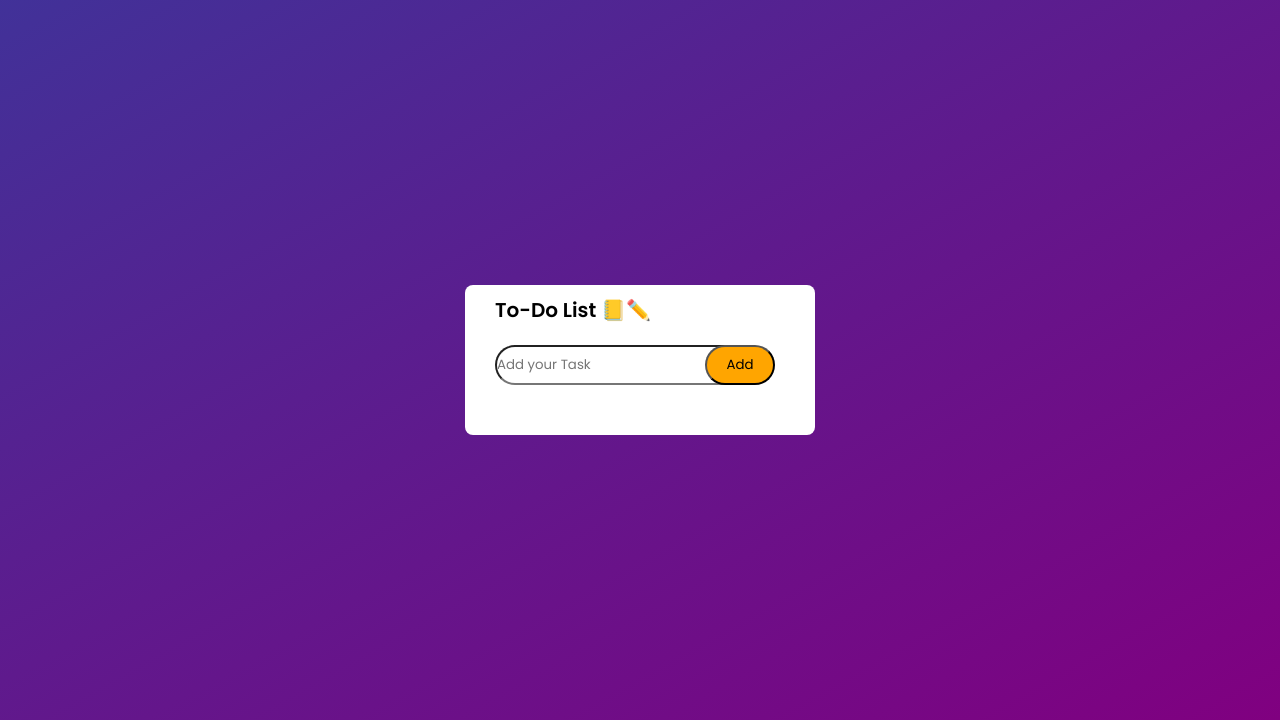
Repository: Ankitkr2021/To-Do-List
Page: index.html
The author's editor kept a copy of each file at every save. The page is drawn from the files as they stood at one save, then again after the next save.
The browser window is 1280 px wide. The pictures show the whole page.

Above is the page before, as saved 2025-10-03 10:10:28.

### index.html
<!DOCTYPE html>
<html lang="en">
<head>
    <meta charset="UTF-8">
    <meta name="viewport" content="width=device-width, initial-scale=1.0">
    <title>To-Do-List</title>
    <link rel="stylesheet" href="./style.css">
</head>
<body>
    <div class="box">
        <h1>To-Do List 📒✏️</h1>
        <div class="task">
        <input id="add" type="text" placeholder="Add your Task">
        <button type="submit">Add</button>
        </div>
    </div>
</body>
</html>

### style.css
@import url("https://fonts.googleapis.com/css2?family=Poppins:wght@300;400;500;600;700&display=swap");

*{
    margin: 0;
    padding: 0;
    box-sizing: border-box;
    font-family: 'Poppins',sans-serif;
}

body{
    display: flex;
    justify-content: center;
    align-items: center;
    height: 100vh;
    background: linear-gradient(to bottom right, rgba(40, 22, 139, 0.884), purple);
}

.box {
    background: #fff;
    height: 150px;
    max-height: 300px;
    width: 350px;
    border-radius: 8px;
}

.box h1 {
    padding: 10px 30px;
    font-size: 20px;
    font-weight: 600;
}

.task {
    /* background: #000; */
    padding: 10px 30px;
    position: relative;
}

.task input {
    width: 90%;
    height: 40px;
    border-radius: 20px;
}

.task button {
    content: "";
    position: absolute;
    left: 240px;
    height: 40px;
    width: 20%;
    border-radius: 20px;
    background: orange;
}

After the next save:
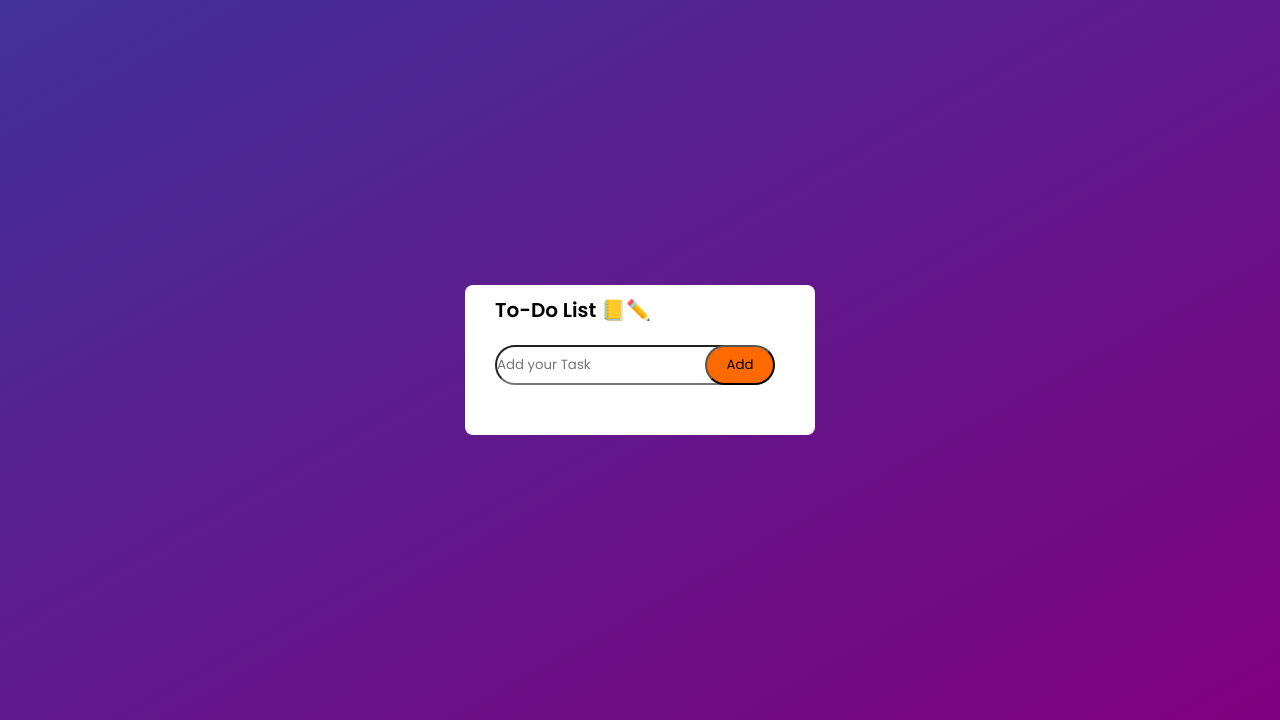
Saved 12 s later.
--- a/style.css
+++ b/style.css
@@ -48,5 +48,5 @@ body{
     height: 40px;
     width: 20%;
     border-radius: 20px;
-    background: orange;
+    background: rgb(255, 106, 0);
 }
